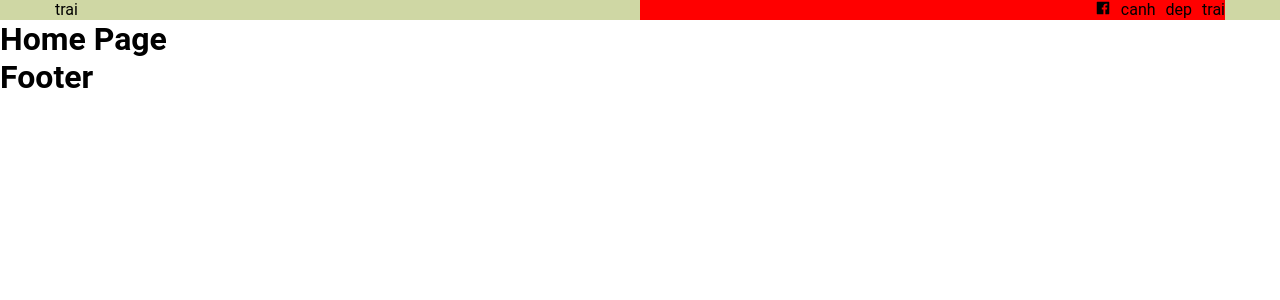
Repository: anhcanh1007/show_product
Page: /
The author's editor kept a copy of each file at every save. The page is drawn from the files as they stood at one save, then again after a run of saves.
The browser window is 1280 px wide. The pictures show the whole page.
The project was rebuilt for these pictures with package versions that can differ from the ones it lists, and the page was loaded fresh each time. Imported but missing from the stored project, and not drawn on this page: src/pages/user/profilePage.

Above is the page before, as saved 2024-01-25 13:37:11.

### src/index.js
import React from "react";
import ReactDOM from "react-dom/client";
import { BrowserRouter } from "react-router-dom";
import RouterCustom from "./router";
import "./style/style.scss";

const root = ReactDOM.createRoot(document.getElementById("root"));
root.render(
  <BrowserRouter>
    <RouterCustom />
  </BrowserRouter>
);

// If you want to start measuring performance in your app, pass a function
// to log results (for example: reportWebVitals(console.log))
// or send to an analytics endpoint. Learn more: https://bit.ly/CRA-vitals

### src/router.js
import { ROUTERS } from "./utils/router";
import HomePage from "./pages/user/homePage";
import ProfilePage from "./pages/user/profilePage";
import { Route, Routes } from "react-router-dom";
import MasterLayout from "./pages/user/theme/masterLayout";

const renderUserRouter = () => {
  const userRouters = [
    {
      path: ROUTERS.USER.HOME,
      component: <HomePage />,
    },
    {
      path: ROUTERS.USER.PROFILE,
      component: <ProfilePage />,
    },
  ];

  return (
    <MasterLayout>
      <Routes>
        {userRouters.map((item, key) => (
          <Route key={key} path={item.path} element={item.component} />
        ))}
      </Routes>
    </MasterLayout>
  );
};

const RouterCustom = () => {
  return renderUserRouter();
};

export default RouterCustom;

### src/style/style.scss
@import './pages/all';

### src/utils/router.js
export const ROUTERS = {
  USER: {
    HOME: "",
    PROFILE: "thong-tin-ca-nhan",
  },
};

### src/pages/user/homePage/index.js
import { memo } from "react";

const HomePage = () => {
  return <h1>Home Page</h1>;
};

export default memo(HomePage);

### src/pages/user/theme/masterLayout/index.js
import { memo } from "react";
import Header from "../header";
import Footer from "../footer";

const MasterLayout = ({ children, ...props }) => {
  return (
    <div {...props}>
      <Header />
      {children}
      <Footer />
    </div>
  );
};

export default memo(MasterLayout);

### src/style/pages/_all.scss
@use "sass:map";
@import './theme';

html, body {
    margin: 0;
}

* {
    font-family: Roboto;
    padding: 0;
    margin: 0;
}

.container {
    max-width: 1170px;
    width: 100%;
    padding-left: 15px;
    padding-right: 15px;
    // background: map.get($theme-colors, "main");
    margin: auto;
}

.row {
    display: flex;
    flex-wrap: wrap;
}

.col-6 {
    flex: 0 0 50%;
    max-width: 50%;
}

### src/style/pages/_theme.scss
$theme-colors : (
    "main" : #008874,
)

### src/pages/user/theme/header/index.js
import { memo } from "react";
import { AiFillFacebook } from "react-icons/ai";
import "./style.scss";

const Header = () => {
  return (
    <>
      <div className="header__top">
        <div className="container">
          <div className="row">
            <div className="col-6">trai</div>
            <div className="col-6 header__top_right">
              <ul>
                <li>
                  <AiFillFacebook />
                </li>
                <li>canh</li>
                <li>dep</li>
                <li>trai</li>
              </ul>
            </div>
          </div>
        </div>
      </div>
    </>
  );
};

export default memo(Header);

### src/pages/user/theme/footer/index.js
import { memo } from "react";

const Footer = () => {
  return (
    <>
      <h1>Footer</h1>
    </>
  );
};

export default memo(Footer);

### src/pages/user/theme/header/style.scss
.header__top{
    background-color: #CFD7A4;
}

.header__top_right {
    background-color: red;
    display: flex;
    justify-content: end;

    ul {
        display: flex;
        column-gap: 10px;
        list-style: none;
    }
}

Loaded but not shown: public/index.html (common file)

After the next 3 saves:
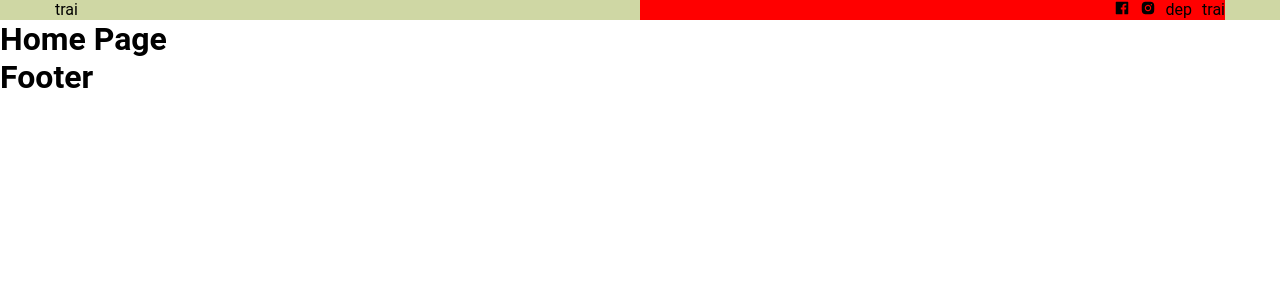
The 3 saves are shown as one change because 1 did not build or start and some came seconds apart.
The last was saved 2 min 21 s later.
--- a/src/pages/user/theme/header/index.js
+++ b/src/pages/user/theme/header/index.js
@@ -1,5 +1,5 @@
 import { memo } from "react";
-import { AiFillFacebook } from "react-icons/ai";
+import { AiFillFacebook, AiFillInstagram } from "react-icons/ai";
 import "./style.scss";
 
 const Header = () => {
@@ -14,7 +14,9 @@ const Header = () => {
                 <li>
                   <AiFillFacebook />
                 </li>
-                <li>canh</li>
+                <li>
+                  <AiFillInstagram />
+                </li>
                 <li>dep</li>
                 <li>trai</li>
               </ul>
